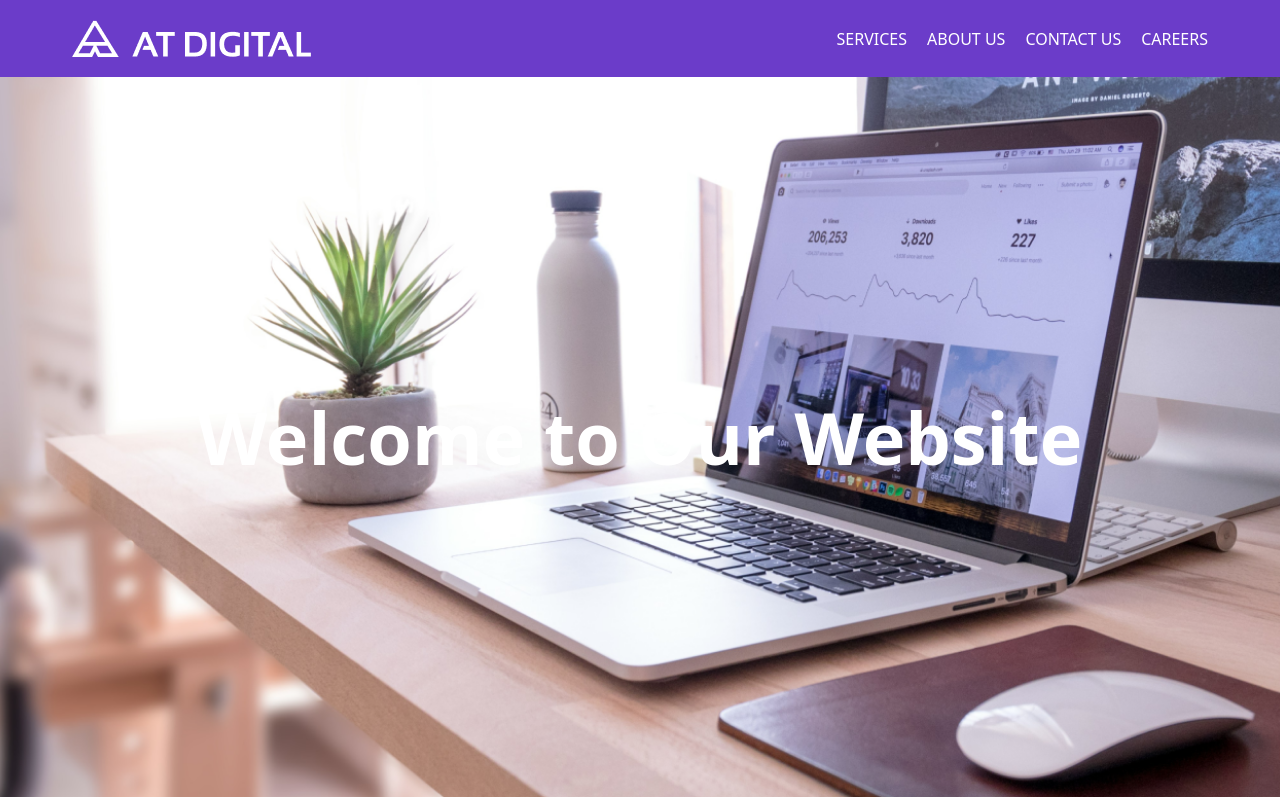
Repository: Milith97/AT-Digital-Website
Page: /
These files come from the project's save history. The page is drawn as it stood at one moment and after the next save; the edit follows.
The browser window is 1280 px wide. The pictures show the whole page.
The project was rebuilt for these pictures with package versions that can differ from the ones it lists, and the page was loaded fresh each time. Also part of the build but not shown: vite.config.js.

Above is the page before, as saved 2024-04-06 18:44:14.

### src/App.jsx
// App.js or your main component file
import React from 'react';
import NavBar from './Components/NavBar';
import HomePage from './Components/HomePage';

function App() {
  return (
    <div className="App">
      <NavBar />
      <HomePage />
    </div>
  );
}

export default App;

### src/Components/NavBar.jsx
import React, { useState } from 'react';
import Logo from '../assets/Img/Logo.png';

const NavBar = () => {
    const [isOpen, setIsOpen] = useState(false);

    return (
        <nav className="bg-[#6B3CC9]">
            <div className="max-w-1440px max-h-20 xl:px-16 md:px-7 sm:px-11 max-lg:mx-6">
                <div className="flex justify-between">
                    <div>
                        <a href="#" className={`flex items-center py-5 sm:px-2 ${isOpen ? 'hidden' : 'flex'}`}>
                            <img src={Logo} alt="Logo" />
                        </a>
                    </div>
                    <div className={`hidden md:flex font-medium text-white items-center space-x-1 ${isOpen ? 'flex' : 'hidden'}`}>
                        <a href="#" className="py-5 px-2 ">SERVICES</a>
                        <a href="#" className="py-5 px-2 ">ABOUT US</a>
                        <a href="#" className="py-5 px-2 ">CONTACT US</a>
                        <a href="#" className="py-5 px-2 ">CAREERS</a>
                    </div>
                    <div className="md:hidden flex items-center ">
                        <button onClick={() => setIsOpen(!isOpen)} className="text-white focus:outline-none">
                            {!isOpen ? (
                                <svg className="h-14 w-10" stroke="white" viewBox="0 0 24 24" >
                                    <path strokeLinecap="round" strokeLinejoin="round" strokeWidth="3" d="M4 6h16M4 12h16M4 18h16" />
                                </svg>
                            ) : (
                                <svg className="h-12 w-8" stroke="black" viewBox="0 0 24 24" >
                                    <path strokeLinecap="round" strokeLinejoin="round" strokeWidth="3" d="M6 18L18 6M6 6l12 12" />
                                </svg>
                            )}
                        </button>
                    </div>
                </div>
            </div>
            <div className={`${isOpen ? 'block' : 'hidden'} md:hidden`}>
                <div className="bg-white">
                    <a href="#" className="block py-2 px-4 text-sm text-black-500 ">HOME</a>
                    <a href="#" className="block py-2 px-4 text-sm text-black-500">SERVICES</a>
                    <a href="#" className="block py-2 px-4 text-sm text-black-500">ABOUT US</a>
                    <a href="#" className="block py-2 px-4 text-sm text-black-500">CONTACT US</a>
                    <a href="#" className="block py-2 px-4 text-sm text-black-500">CAREERS</a>
                </div>
            </div>
        </nav>
    );
};

export default NavBar;

### src/Components/HomePage.jsx
import React from 'react';
import HomeImage from '../assets/img/Home.png';

const HomePage = () => {
    return (
        <div>
            {/* Full screen image */}
            <div
                className="bg-cover bg-center h-screen"
                style={{
                    backgroundImage: `url(${HomeImage})`,
                }}
            >
                {/* Content inside the image */}
                <div className="flex items-center justify-center h-full text-white">
                    <h1 className="text-4xl md:text-6xl lg:text-7xl text-center font-bold">
                        Welcome to Our Website
                    </h1>
                </div>
            </div>
        </div>
    );
};

export default HomePage;

Loaded but not shown: index.html (common file); src/main.jsx (common file); src/index.css (common file); tailwind.config.js (common file)

After the next save:
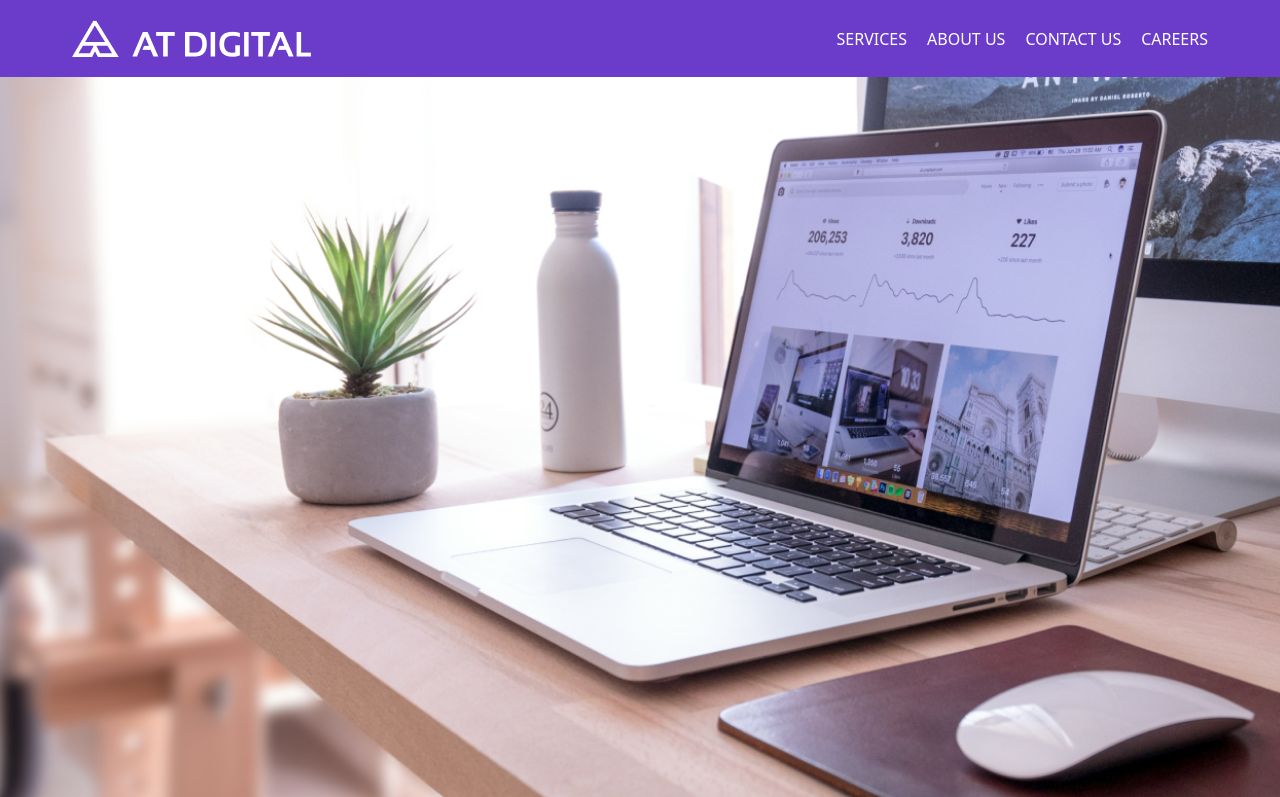
Saved 23 s later.
--- a/src/Components/HomePage.jsx
+++ b/src/Components/HomePage.jsx
@@ -4,19 +4,13 @@ import HomeImage from '../assets/img/Home.png';
 const HomePage = () => {
     return (
         <div>
-            {/* Full screen image */}
             <div
                 className="bg-cover bg-center h-screen"
                 style={{
                     backgroundImage: `url(${HomeImage})`,
                 }}
             >
-                {/* Content inside the image */}
-                <div className="flex items-center justify-center h-full text-white">
-                    <h1 className="text-4xl md:text-6xl lg:text-7xl text-center font-bold">
-                        Welcome to Our Website
-                    </h1>
-                </div>
+
             </div>
         </div>
     );
